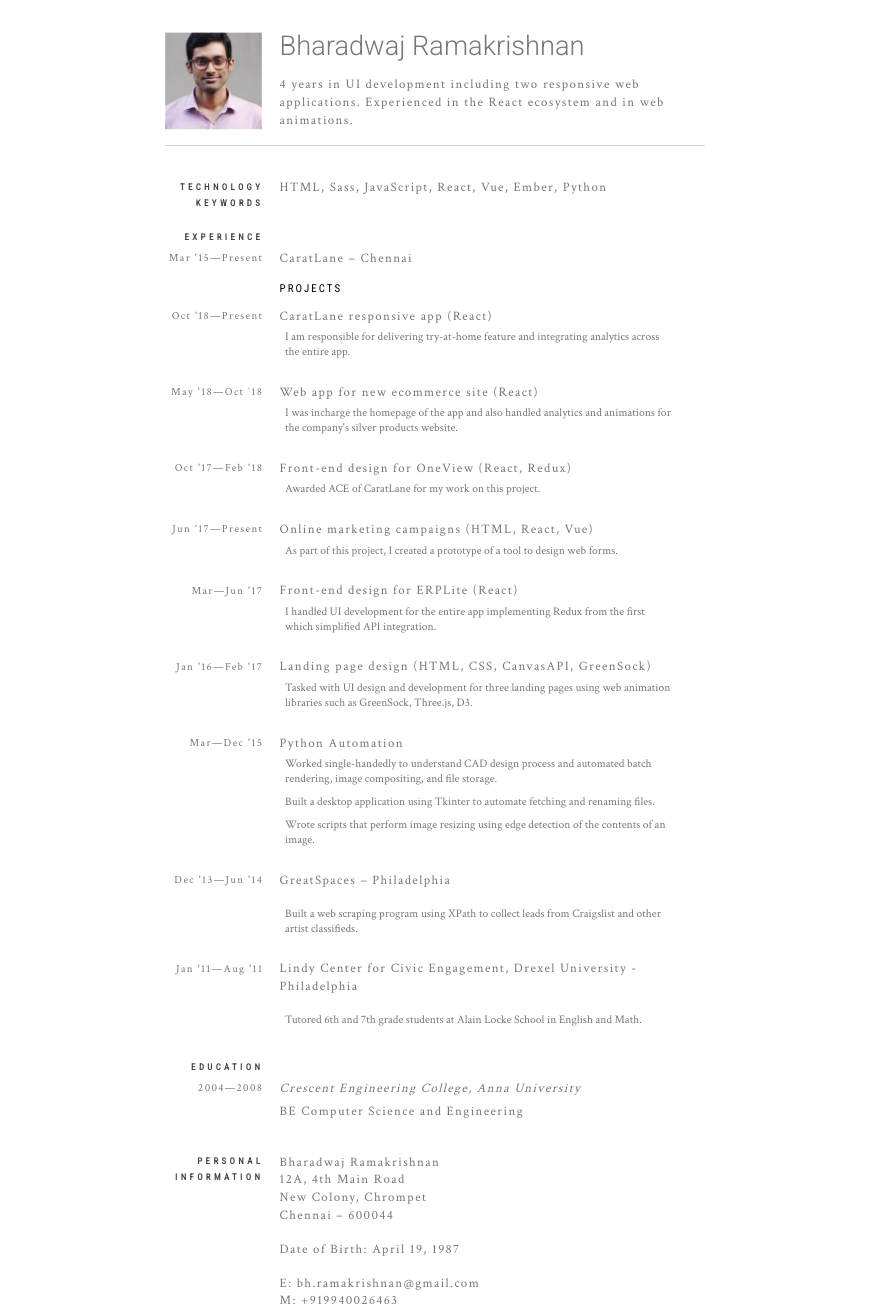
Repository: nosplashurinal/resume
Page: index_eBanking.html
An editor plug-in stored every save of this project. The page is shown before and after the next save, followed by the edit.
The browser window is 1280 px wide. The pictures show the whole page, at 68% of full size.

Above is the page before, as saved 2019-01-03 01:58:58.

### index_eBanking.html
<html lang="en">
  <head>
    <style>
      .page {
        width: 21cm;
        height: 29.7cm;
        margin: auto;
        padding: 0.5in;
      }
    </style>
    <link
      href="https://fonts.googleapis.com/css?family=Roboto+Condensed|Roboto:300|Crimson+Text"
      rel="stylesheet"
    />
    <link rel="stylesheet" href="/style_photo.css" />
  </head>

  <body>
    <div class="page">
      <div class="body-block header">
        <div class="gutter-container">
          <img class="headshot" src="./headshot.png" alt="headshot">
        </div>
        <h1>Bharadwaj Ramakrishnan</h1>
        <p>
          4 years in UI development including two responsive web applications.
          Experienced in the React ecosystem and in web animations.
        </p>
      </div>
      <svg height="1" width="100%">
        <line
          x1="0"
          y1="0"
          x2="100%"
          y2="0"
          style="stroke:#767676;stroke-width:1"
        />
      </svg>
      <div class="body-block"></div>
      <div class="body-block">
        <div class="gutter-container"><h2>TECHNOLOGY KEYWORDS</h2></div>
        <p>HTML, Sass, JavaScript, React, Vue, Ember, Python</p>
      </div>
      <div class="body-block">
        <div class="gutter-container"><h2>EXPERIENCE</h2></div>
        <div class="exp-block">
          <div class="company">
            <p class="date">Mar '15&mdash;Present</p>
            <p>CaratLane – Chennai</p>
          </div>
          <h3>PROJECTS</h3>
          <div class="project-block">
            <p class="date">Oct '18&mdash;Present</p>
            <p class="title">CaratLane responsive app (React)</p>
            <ul class="desc">
              <li>
                I am responsible for delivering try-at-home feature and
                integrating analytics across the entire app.
              </li>
            </ul>
          </div>
          <div class="project-block">
            <p class="date">May '18&mdash;Oct `18</p>
            <p class="title">Web app for new ecommerce site (React)</p>
            <ul class="desc">
              <li>
                I was incharge the homepage of the app and also handled
                analytics and animations for the company's silver products
                website.
              </li>
            </ul>
          </div>
          <div class="project-block">
            <p class="date">Oct '17&mdash;Feb '18</p>
            <p class="title">Front-end design for OneView (React, Redux)</p>
            <ul class="desc">
              <li>Awarded ACE of CaratLane for my work on this project.</li>
            </ul>
          </div>
          <div class="project-block">
            <p class="date">Jun '17&mdash;Present</p>
            <p class="title">Online marketing campaigns (HTML, React, Vue)</p>
            <ul class="desc">
              <li>
                As part of this project, I created a prototype of a tool to
                design web forms.
              </li>
            </ul>
          </div>
          <div class="project-block">
            <p class="date">Mar&mdash;Jun '17</p>
            <p class="title">Front-end design for ERPLite (React)</p>
            <ul class="desc">
              <li>
                I handled UI development for the entire app implementing Redux
                from the first which simplified API integration.
              </li>
            </ul>
          </div>
          <div class="project-block">
            <p class="date">Jan '16&mdash;Feb '17</p>
            <p class="title">
              Landing page design (HTML, CSS, CanvasAPI, GreenSock)
            </p>
            <ul class="desc">
              <li>
                Tasked with UI design and development for three landing pages
                using web animation libraries such as GreenSock, Three.js, D3.
              </li>
            </ul>
          </div>
          <div class="project-block">
            <p class="date">Mar&mdash;Dec '15</p>
            <p class="title">Python Automation</p>
            <ul class="desc">
              <li>
                Worked single-handedly to understand CAD design process and
                automated batch rendering, image compositing, and file storage.
              </li>
              <li>
                Built a desktop application using Tkinter to automate fetching
                and renaming files.
              </li>
              <li>
                Wrote scripts that perform image resizing using edge detection
                of the contents of an image.
              </li>
            </ul>
          </div>
          <div class="company">
            <p class="date">Dec '13&mdash;Jun '14</p>
            <p>GreatSpaces – Philadelphia</p>
          </div>
          <div class="project-block">
            <ul class="desc">
              <li>
                Built a web scraping program using XPath to collect leads from Craigslist
                and other artist classifieds.
              </li>
            </ul>
          </div>
          <div class="company">
            <p class="date">Jan '11&mdash;Aug '11</p>
            <p>
              Lindy Center for Civic Engagement, Drexel University -
              Philadelphia
            </p>
          </div>
          <div class="project-block">
            <ul class="desc">
              <li>
                Tutored 6th and 7th grade students at Alain Locke School in
                English and Math.
              </li>
            </ul>
          </div>
        </div>
      </div>
      <div class="body-block">
        <div class="gutter-container"><h2>EDUCATION</h2></div>
        <div class="education-block">
          <div class="education">
            <p class="italic">Crescent Engineering College, Anna University</p>
            <p class="date">2004&mdash;2008</p>
            <p>BE Computer Science and Engineering</p>
          </div>
        </div>
      </div>
      <div class="body-block">
        <div class="gutter-container"><h2>PERSONAL INFORMATION</h2></div>
        <div class="block-section">
          <p>Bharadwaj Ramakrishnan</p>
          <p>12A, 4th Main Road</p>
          <p>New Colony, Chrompet</p>
          <p>Chennai – 600044</p>
        </div>
        <div class="block-section"><p>Date of Birth: April 19, 1987</p></div>
        <div class="block-section">
          <p>E: bh.ramakrishnan@gmail.com</p>
          <p>M: +919940026463</p>
        </div>
      </div>
    </div>
  </body>
</html>

### dist/style_photo.css
html, body, div, span, applet, object, iframe,
h1, h2, h3, h4, h5, h6, p, blockquote, pre,
a, abbr, acronym, address, big, cite, code,
del, dfn, em, img, ins, kbd, q, s, samp,
small, strike, strong, sub, sup, tt, var,
b, u, i, center,
dl, dt, dd, ol, ul, li,
fieldset, form, label, legend,
table, caption, tbody, tfoot, thead, tr, th, td,
article, aside, canvas, details, embed,
figure, figcaption, footer, header, hgroup,
menu, nav, output, ruby, section, summary,
time, mark, audio, video {
	margin: 0;
	padding: 0;
	border: 0;
	font-size: 100%;
	font: inherit;
	vertical-align: baseline;
}
article, aside, details, figcaption, figure,
footer, header, hgroup, menu, nav, section {
	display: block;
}
body {
	line-height: 1;
}
ol, ul {
	list-style: none;
}
blockquote, q {
	quotes: none;
}
blockquote:before, blockquote:after,
q:before, q:after {
	content: '';
	content: none;
}
table {
	border-collapse: collapse;
	border-spacing: 0;
}

h1, h3, h4 {
	font-family: 'Roboto', sans-serif;
}
.header .headshot {
	width: 142px;
	height: 142px;
}
.body-block {
	padding: 0 0.5in 0 1.75in;
	margin-bottom: 0.5in;
}
.header.body-block {
	margin-bottom: 0.25in;
}
.gutter-container {
	position: absolute;
	margin-left: -1.75in;
	width: 1.5in;
}
.gutter-container h2 {
	line-height: 24px;
	letter-spacing: 5px;
	text-align: right;
	font-weight: bold;
}
h1 {
	font-size: 40px;
	color: #767676;
	margin-bottom: 0.25in;
}
h2 {
	font-size: 13px;
	color: #434343;
	font-family: 'Roboto Condensed', sans-serif;
}
p {
	font-family: 'Crimson Text', serif;
	color: #767676;
	letter-spacing: 2px;
	line-height: 26px;
	font-size: 19px;
}
.italic {
	font-style: italic;
}
.bold {
	font-weight: bold;
}
.education {
	position: relative;
}
.date {
	position: absolute;
	width: 1.5in;
	left: -1.75in;
	top: 0;
	text-align: right;
	font-family: 'Crimson Text', serif;
	font-size: 16px;
	color: #767676;
}
.education p:nth-child(1) {
	margin-bottom: 8px;
}
.block-section {
	margin-bottom: 0.25in;
}
.exp-block {
	position: relative;
}
.exp-block 	h3 {
	margin-bottom: 0.2in;
	font-family: 'Roboto Condensed', sans-serif;
	letter-spacing: 3px;
}
.company {
	margin-bottom: 0.25in;
	position: relative;
}
.education-block, .exp-block {
	padding-top: 30px;
}
.project-block {
	position: relative;
	color: #767676;
	margin-bottom: 36px;
}
.project-block .title {
	margin-bottom: 6px;
}
ul.desc {
	font-family: 'Crimson Text', serif;
	font-size: 17px;
	line-height: 22px;
}
.desc li {
	margin-bottom: 12px;
	margin-left: 8px;
}
.desc li::before {
	/* content: '-'; */
	display: inline-block;
	margin-right: 6px;
	font-weight: bold;
}

After the next save:
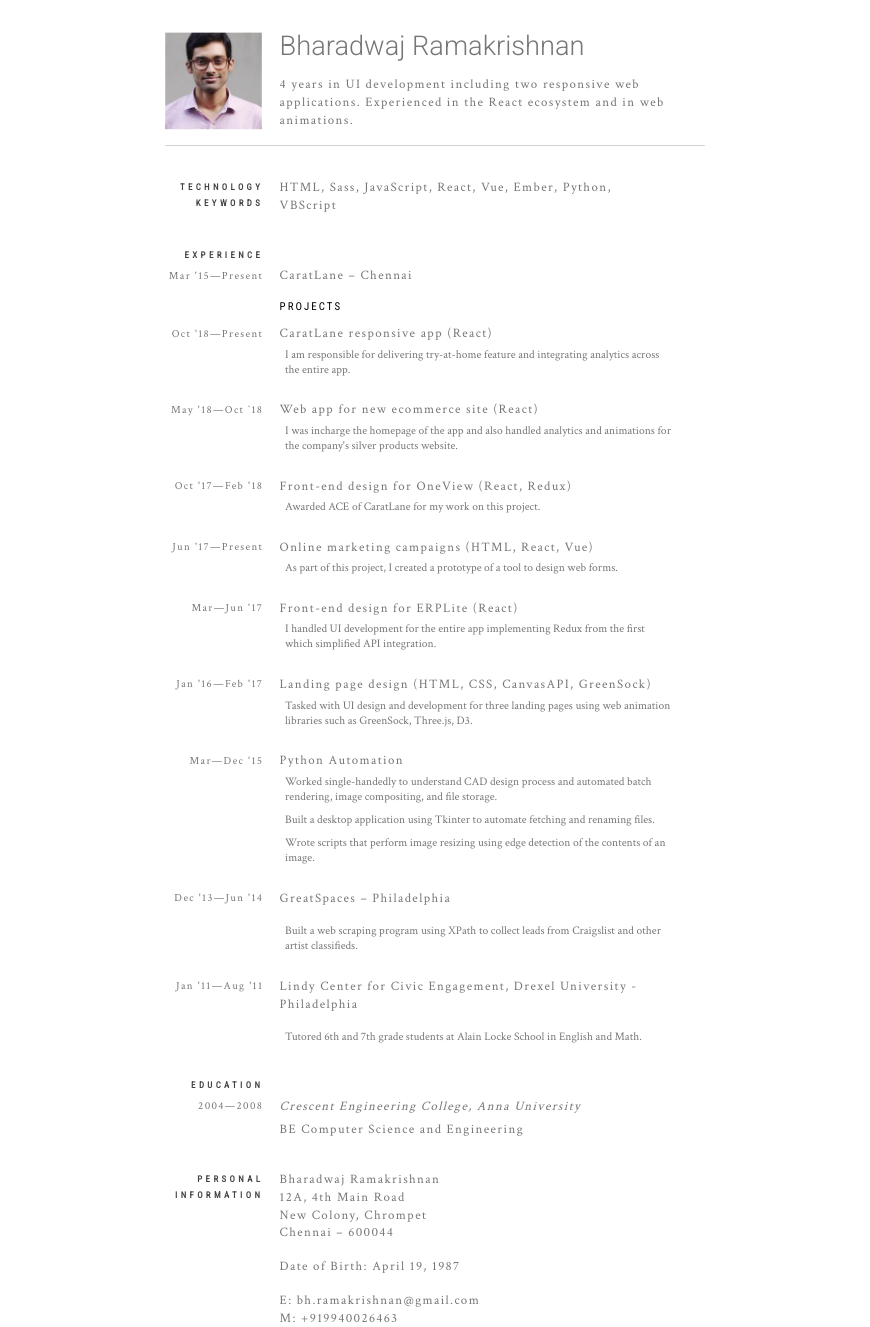
Saved 31 s later.
--- a/index_eBanking.html
+++ b/index_eBanking.html
@@ -39,7 +39,7 @@
       <div class="body-block"></div>
       <div class="body-block">
         <div class="gutter-container"><h2>TECHNOLOGY KEYWORDS</h2></div>
-        <p>HTML, Sass, JavaScript, React, Vue, Ember, Python</p>
+        <p>HTML, Sass, JavaScript, React, Vue, Ember, Python, VBScript</p>
       </div>
       <div class="body-block">
         <div class="gutter-container"><h2>EXPERIENCE</h2></div>

After the save that followed:
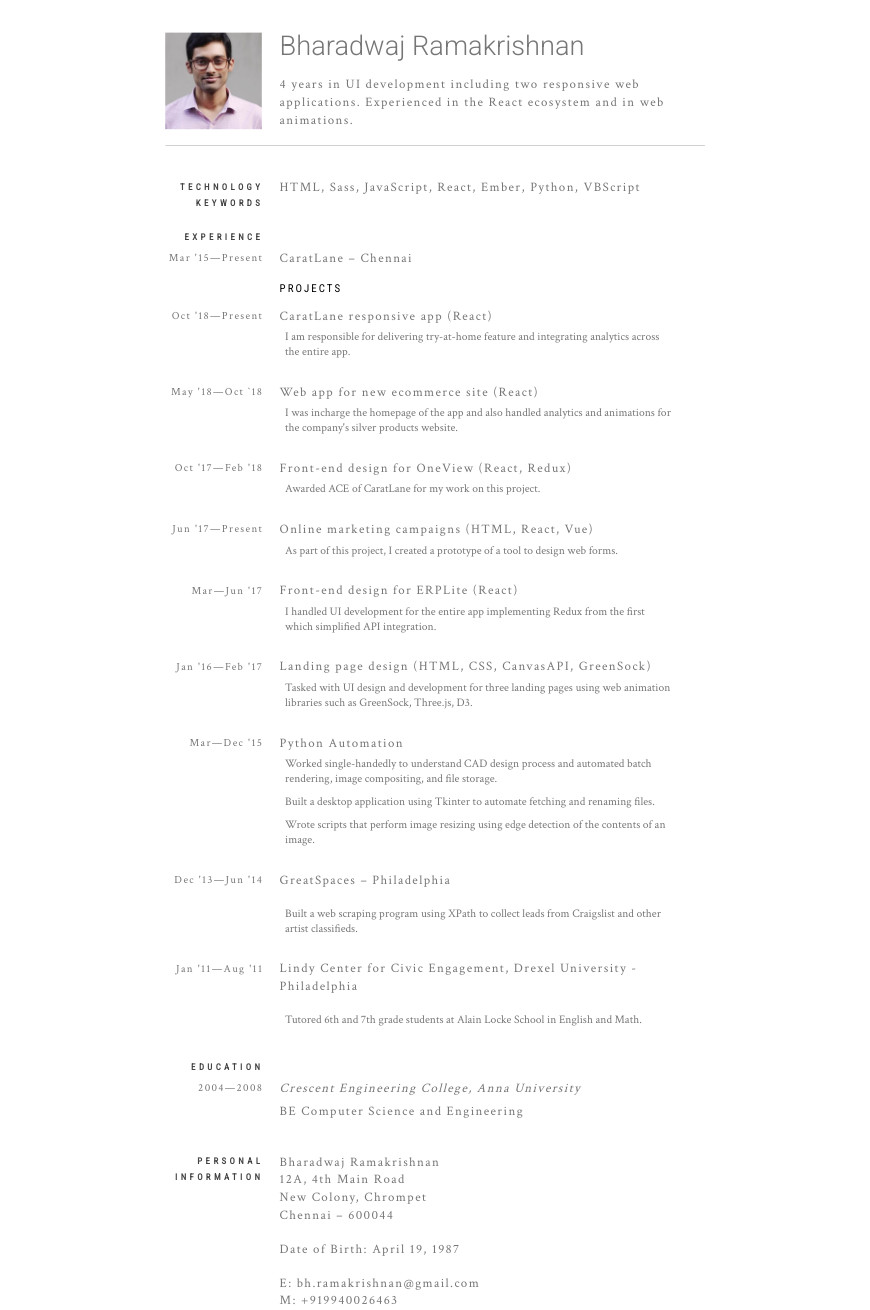
Saved 13 s later.
--- a/index_eBanking.html
+++ b/index_eBanking.html
@@ -39,7 +39,7 @@
       <div class="body-block"></div>
       <div class="body-block">
         <div class="gutter-container"><h2>TECHNOLOGY KEYWORDS</h2></div>
-        <p>HTML, Sass, JavaScript, React, Vue, Ember, Python, VBScript</p>
+        <p>HTML, Sass, JavaScript, React, Ember, Python, VBScript</p>
       </div>
       <div class="body-block">
         <div class="gutter-container"><h2>EXPERIENCE</h2></div>
